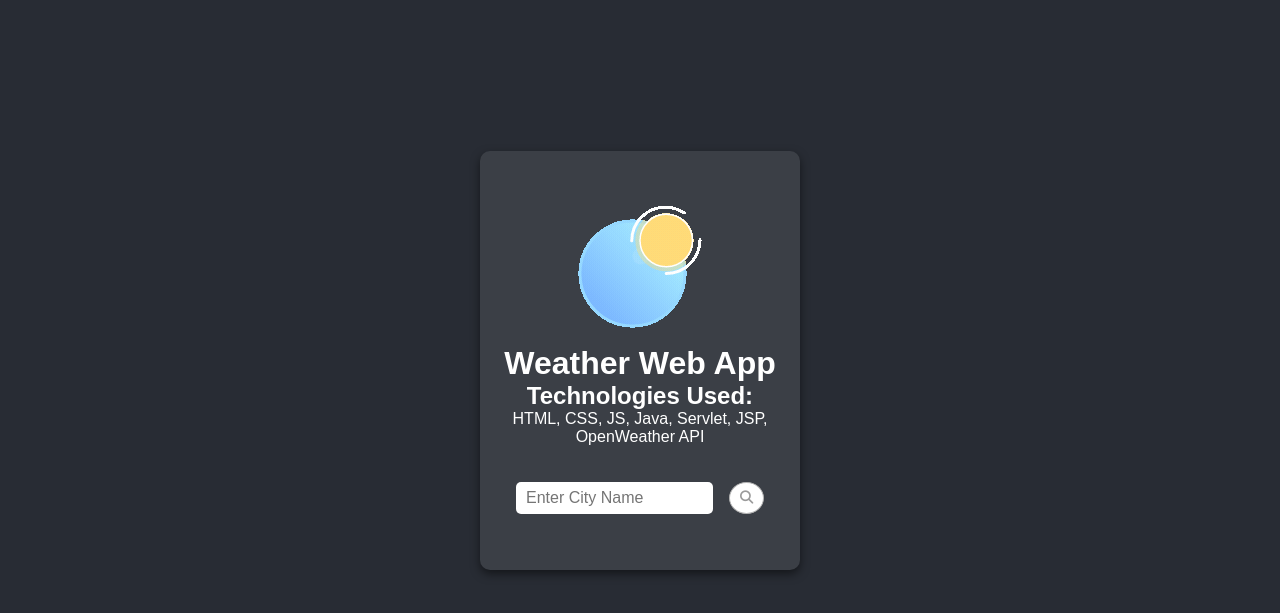
Repository: MinhajulMukthar/Weather-WebApp
Page: Weather App/src/main/webapp/index.html
The author's editor kept a copy of each file at every save. The page is drawn from the files as they stood at one save, then again after the next save.
The browser window is 1280 px wide. The pictures show the whole page.

Above is the page before, as saved 2024-09-26 02:31:03.

### Weather App/src/main/webapp/index.html
<!DOCTYPE html>
<html>
<head>
<meta charset="UTF-8">
<meta http-equiv="X-UA-Compatible" content="IE=edge">
<meta name="viewport" content="width=device-width, initial-scale=1.0">
<title>Weather App</title>
<link rel="icon" href="images/rain.png" type="image/png">
<link rel="stylesheet"
	href="https://cdnjs.cloudflare.com/ajax/libs/font-awesome/6.4.0/css/all.min.css" />
<link rel="stylesheet" href="style.css" />

</head>
<body>
	<div class="container">
		<img src="images/Animation.gif">
		<h1>Weather Web App</h1>

		<h2>Technologies Used:</h2>
		<p>HTML, CSS, JS, Java, Servlet, JSP, OpenWeather API</p>
		<form action="ServletWeb" method="post" class="searchInput">
			<input type="text" placeholder="Enter City Name" id="searchInput"
				 name="city" />
			<button id="searchButton">
				<i class="fa-solid fa-magnifying-glass"></i>
			</button>
		</form>
	</div>
</body>
</html>

### Weather App/src/main/webapp/style.css
    * {
  margin: 0;
  padding: 0;
  box-sizing: border-box;
  font-family: "Ubuntu", sans-serif;
}

body {
            background-color: #282c34; /* Dark background color */
            color: white;
            display: flex;
            justify-content: center;
            align-items: center;
            height: 100vh;
}

.container {
            width: 25%; /* 1/4 of the screen width */
            text-align: center;
            background-color: #3b3f46; /* Slightly lighter background */
            padding: 40px 20px;
            border-radius: 10px;
            box-shadow: 0 4px 10px rgba(0, 0, 0, 0.5);
        }

        .searchInput {
            display: flex;
            justify-content: center;
            align-items: center;
            margin-top: 20px;
        }

        #searchInput {
            width: 80%;
            padding: 10px;
            font-size: 16px;
            border-radius: 5px;
            border: none;
            outline: none;
            margin-right: 10px;
        }

        /* #searchButton {
            padding: 10px 20px;
            background-color: #61dafb; Button color
            border: none;
            border-radius: 5px;
            cursor: pointer;
            font-size: 16px;
            transition: background-color 0.3s;
        }

        #searchButton:hover {
            background-color: #21a1f1; Darker color on hover
        } */

.mainContainer {
  width: 25rem;
  height: auto;
  border-radius: 1rem;
  background: #fff;
  box-shadow: 0 14px 28px rgba(0,0,0,0.25),
			0 10px 10px rgba(0,0,0,0.22);
}

.searchInput {
  width: 100%;
  display: flex;
  padding: 1rem 1rem;
  justify-content: center;
}

.searchInput input {
  width: 100%;
  height: 2rem;
  outline: none;
  font-size: 1rem;
  color: #525050;
  padding: 0.2rem 0.5rem;
  border-radius: 1.5rem;
  border: 1px solid #b3b3b3;
}

.searchInput input:focus {
  border: 1px solid #9c9dde;
}

.searchInput button {
  width: 2.2rem;
  height: 2rem;
  cursor: pointer;
  color: #9b9b9b;
  border-radius: 50%;
  margin-left: 0.4rem;
  transition: all 0.3s ease;
  background-color: #fff;
  border: 1px solid #b3b3b3;
}

.searchInput button:hover {
  color: #fff;
  background-color: #9c9dde;
  border: 1px solid #9c9dde;
}

.weatherIcon {
  display: flex;
  padding-top: 0.5rem;
  padding-bottom: 0.5rem;
  justify-content: center;
}

.weatherIcon img {
  max-width: 100%;
  width: 8rem;
}

.weatherDetails .temp{
 font-size: 2rem;
}
.cityDetails {
  color: #323232;
  font-size: 2.5rem;
  text-align: center;
  margin-bottom: 0.5rem;
}

.cityDetails .date {
  color: #323232;
  font-size: 1.5rem;
  text-align: center;
  margin-bottom: 0.5rem;
}

.windDetails {
  display: flex;
  margin-top: 1rem;
  margin-bottom: 1.5rem;
  justify-content: space-around;
}

.windDetails .humidityBox {
  display: flex;
  font-size: 1rem;
  color: #323232;
}

.windDetails .humidity .humidityValue {
 text-align: center;
  font-size: 2rem;
  color: #323232;
}

.windDetails .humidityBox img {
  max-height: 3rem;
  margin-right: 0.5rem;
}

.windDetails .windSpeed {
  display: flex;
  font-size: 1rem;
  color: #323232;
}

.windDetails .windSpeed img {
  max-height: 3rem;
  margin-right: 0.5rem;
}


image-logo{
        height: auto;
        width: auto;
        filter: drop-shadow(20px 10px 10px black);
      }

After the next save:
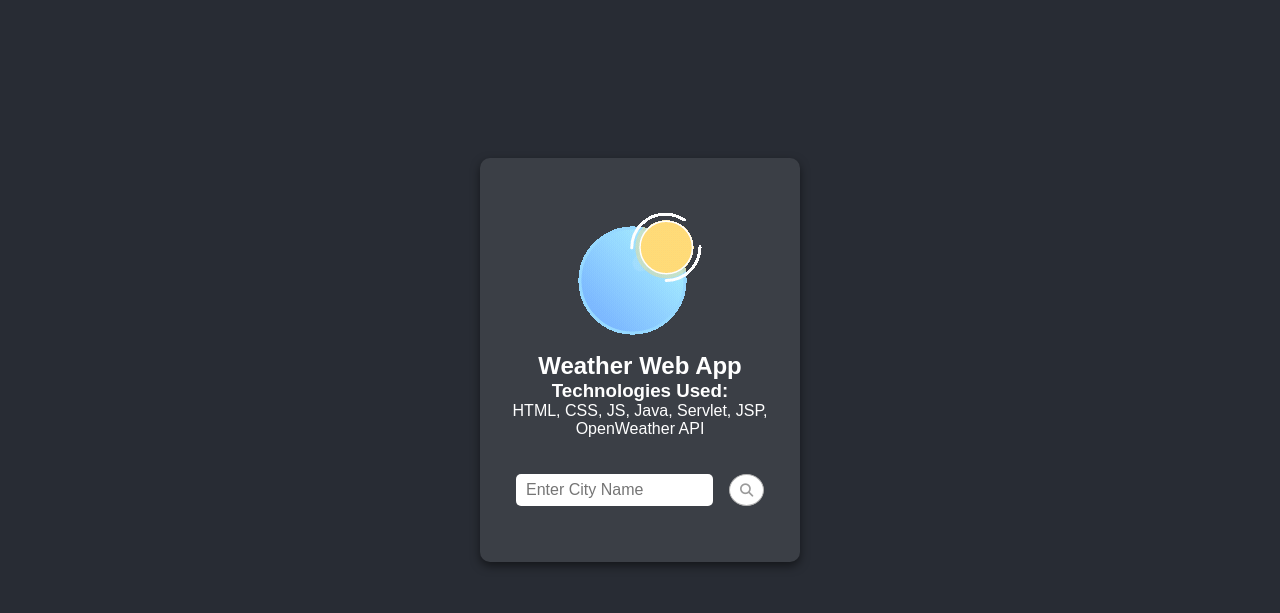
Saved 47 s later.
--- a/Weather App/src/main/webapp/index.html
+++ b/Weather App/src/main/webapp/index.html
@@ -14,9 +14,9 @@
 <body>
 	<div class="container">
 		<img src="images/Animation.gif">
-		<h1>Weather Web App</h1>
+		<h2>Weather Web App</h2>
 
-		<h2>Technologies Used:</h2>
+		<h3>Technologies Used:</h3>
 		<p>HTML, CSS, JS, Java, Servlet, JSP, OpenWeather API</p>
 		<form action="ServletWeb" method="post" class="searchInput">
 			<input type="text" placeholder="Enter City Name" id="searchInput"
